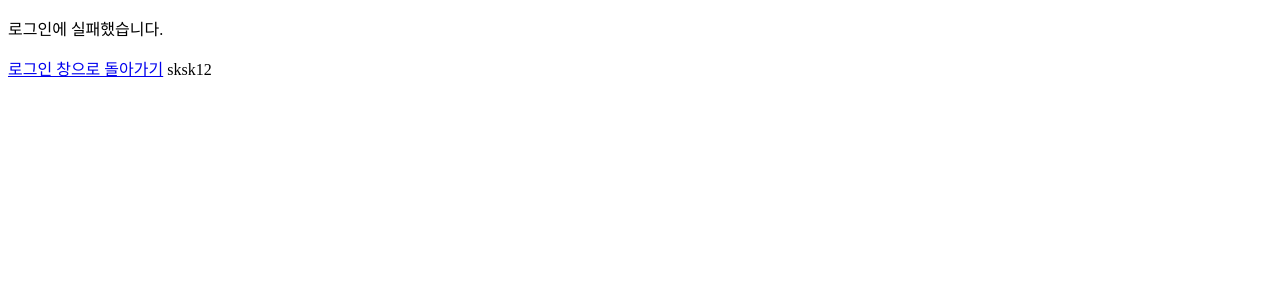
Repository: eyonghwan/jsp_practice
Page: http://localhost/JSPBasic/JspObject/1.requests/req_login_result.jsp
An editor plug-in stored every save of this project. The page is shown before and after the next save, followed by the edit.
The browser window is 1280 px wide. The pictures show the whole page.
The page is served by Tomcat 9.

Above is the page before, as saved 2022-02-04 01:33:41.

After the next save:
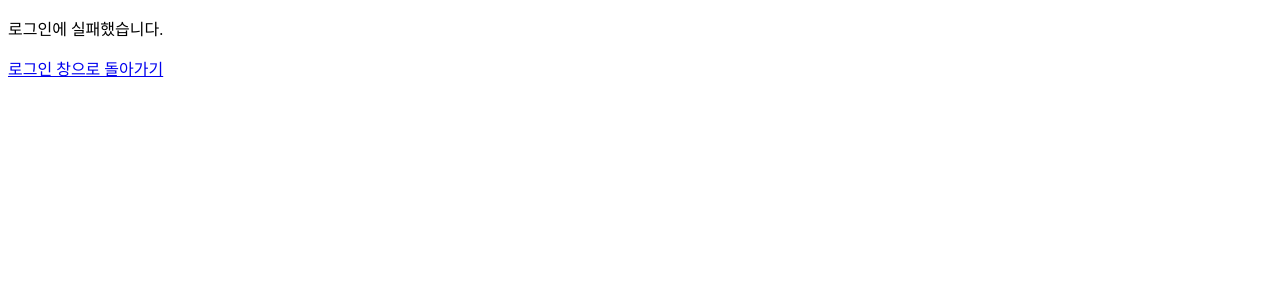
Saved 16 s later.
--- a/JSPBasic/src/main/webapp/JspObject/1.requests/req_login_result.jsp
+++ b/JSPBasic/src/main/webapp/JspObject/1.requests/req_login_result.jsp
@@ -16,8 +16,7 @@
 	<% } else {%>
 	<p>로그인에 실패했습니다.</p>
 	<a href="req_login_form.jsp">로그인 창으로 돌아가기</a>
-	<% }
-	out.println(password);%>
+	<% } %>
 
 </body>
 </html>
